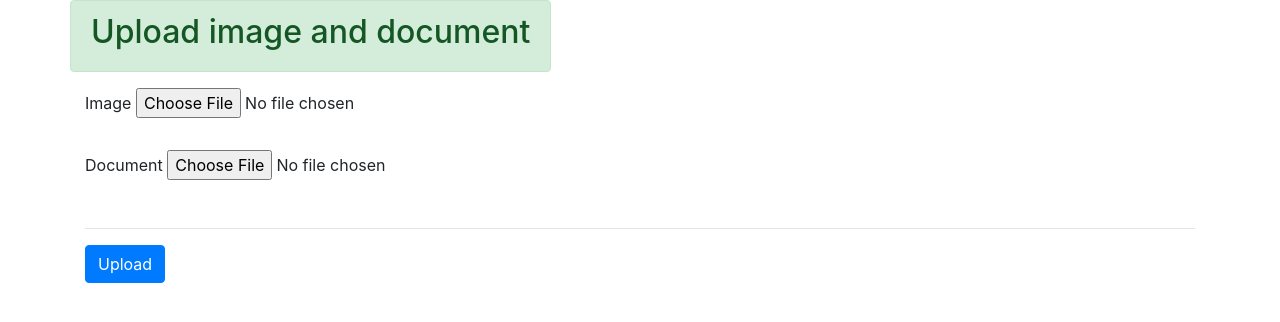
Repository: MT-thanh-MT/Java4_labs
Page: http://localhost/Lab3/UploadServlet
The author's editor kept a copy of each file at every save. The page is drawn from the files as they stood at one save, then again after the next save.
The browser window is 1280 px wide. The pictures show the whole page.
The page is served by Tomcat 9. Other server files are loaded and not shown.

Above is the page before, as saved 2022-07-15 12:05:08.

### Lab3/src/main/webapp/upload.jsp
<%@ page language="java" contentType="text/html; charset=ISO-8859-1"
	pageEncoding="ISO-8859-1"%>
<!doctype html>
<html lang="en">
<head>
<!-- Required meta tags -->
<meta charset="utf-8">
<meta name="viewport"
	content="width=device-width, initial-scale=1, shrink-to-fit=no">

<!-- Bootstrap CSS -->
<link rel="stylesheet"
	href="https://cdn.jsdelivr.net/npm/bootstrap@4.6.1/dist/css/bootstrap.min.css"
	integrity="sha384-zCbKRCUGaJDkqS1kPbPd7TveP5iyJE0EjAuZQTgFLD2ylzuqKfdKlfG/eSrtxUkn"
	crossorigin="anonymous">

<title>Upload!</title>
</head>
<body>
	<div class="container">
		<div class="row">
			<div class="alert alert-success">
				<h2>Upload image and document</h2>
			</div>
		</div>
		<div class="row">
			<div class="col">
				<form action="UploadServlet" enctype="multipart/form-data"
					method="post">
					<div class="custom-file mb-4">
						<label for="image">Image</label>
						<input type="file" id="image" name="image" />
					</div>
					<div class="custom-file mb-4">
						<label for="document">Document</label> <input type="file"
							id="document" name="document" />
					</div>
					<hr />
					<button class="btn btn-primary">Upload</button>
				</form>
			</div>
		</div>
	</div>


	<script
		src="https://cdn.jsdelivr.net/npm/jquery@3.5.1/dist/jquery.slim.min.js"
		integrity="sha384-DfXdz2htPH0lsSSs5nCTpuj/zy4C+OGpamoFVy38MVBnE+IbbVYUew+OrCXaRkfj"
		crossorigin="anonymous"></script>
	<script
		src="https://cdn.jsdelivr.net/npm/popper.js@1.16.1/dist/umd/popper.min.js"
		integrity="sha384-9/reFTGAW83EW2RDu2S0VKaIzap3H66lZH81PoYlFhbGU+6BZp6G7niu735Sk7lN"
		crossorigin="anonymous"></script>
	<script
		src="https://cdn.jsdelivr.net/npm/bootstrap@4.6.1/dist/js/bootstrap.min.js"
		integrity="sha384-VHvPCCyXqtD5DqJeNxl2dtTyhF78xXNXdkwX1CZeRusQfRKp+tA7hAShOK/B/fQ2"
		crossorigin="anonymous"></script>
	<script>
		// Add the following code if you want the name of the file appear on select
		$(".custom-file-input").on(
				"change",
				function() {
					var fileName = $(this).val().split("\\").pop();
					$(this).siblings(".custom-file-label").addClass("selected")
							.html(fileName);
				});
	</script>
</body>
</html>

### Lab3/src/main/java/edu/poly/servlet/UploadServlet.java
package edu.poly.servlet;

import java.io.IOException;
import java.nio.file.Files;
import java.nio.file.Path;
import java.nio.file.Paths;

import javax.servlet.ServletException;
import javax.servlet.annotation.MultipartConfig;
import javax.servlet.annotation.WebServlet;
import javax.servlet.http.HttpServlet;
import javax.servlet.http.HttpServletRequest;
import javax.servlet.http.HttpServletResponse;
import javax.servlet.http.Part;

/**
 * Servlet implementation class UploadServlet
 */
@MultipartConfig
@WebServlet("/UploadServlet")
public class UploadServlet extends HttpServlet {

	protected void doGet(HttpServletRequest request, HttpServletResponse response) throws ServletException, IOException {
		request.getRequestDispatcher("upload.jsp").forward(request, response);

	}


	protected void doPost(HttpServletRequest request, HttpServletResponse response) throws ServletException, IOException {
		String uploadFolder = request.getServletContext().getRealPath("/uploads");
		Path uploadPath = Paths.get(uploadFolder);

		if (!Files.exists(uploadPath)) {
			Files.createDirectory(uploadPath);
		}
		Part imagePart = request.getPart("image");
		Part documentPart = request.getPart("document");

		String imageFilename = Path.of(imagePart.getSubmittedFileName()).getFileName().toString();
		String documentFilename = Path.of(documentPart.getSubmittedFileName()).getFileName().toString();

		imagePart.write(Paths.get(uploadPath.toString(), imageFilename).toString());
		documentPart.write(Paths.get(uploadPath.toString(),documentFilename).toString());

		request.setAttribute("image", imageFilename);
		request.setAttribute("document", documentFilename);

		request.getRequestDispatcher("result.jsp").forward(request, response);

	}

}

After the next save:
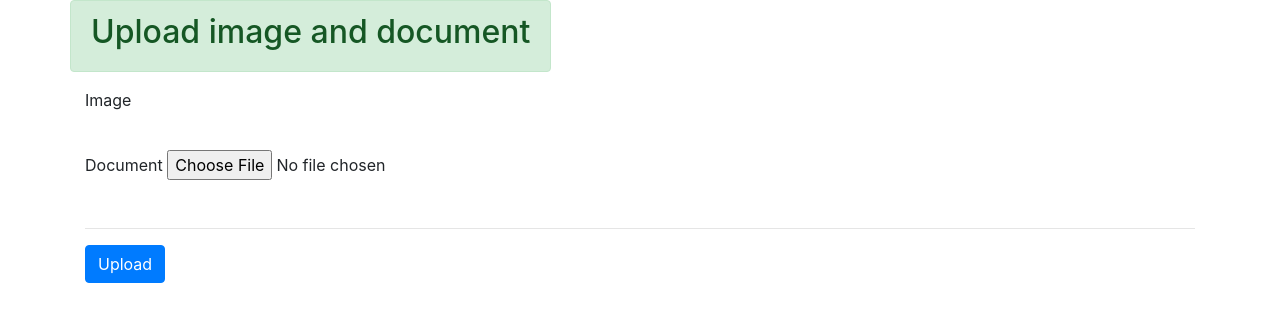
Saved 37 s later.
--- a/Lab3/src/main/webapp/upload.jsp
+++ b/Lab3/src/main/webapp/upload.jsp
@@ -29,7 +29,7 @@
 					method="post">
 					<div class="custom-file mb-4">
 						<label for="image">Image</label>
-						<input type="file" id="image" name="image" />
+						<input type="file" id="image" class="custom-file-input" name="image" />
 					</div>
 					<div class="custom-file mb-4">
 						<label for="document">Document</label> <input type="file"
